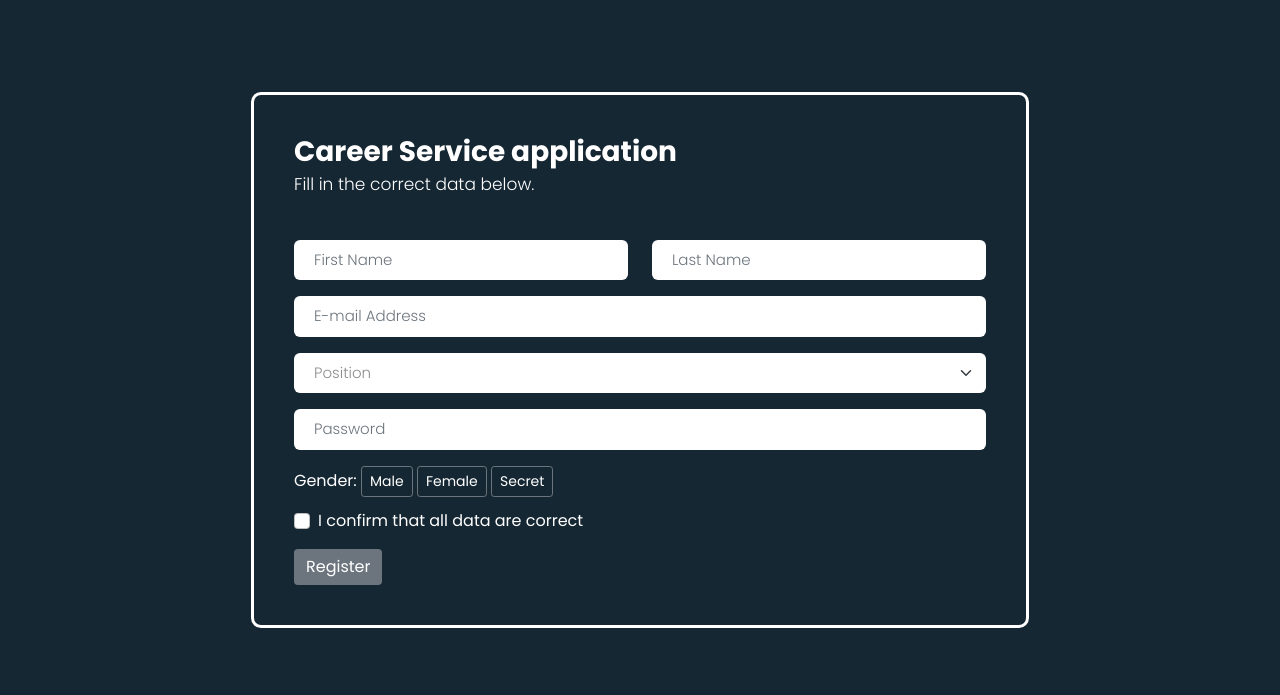
Repository: Samkiroko/form-assignment
Page: index.html
These files come from the project's save history. The page is drawn as it stood at one moment and after the next save; the edit follows.
The browser window is 1280 px wide. The pictures show the whole page.

Above is the page before, as saved 2022-12-03 18:34:58.

### index.html
<!DOCTYPE html>
<html lang="en" >
<head>
  <meta charset="UTF-8">
  <title>Career Service application</title>
  <link rel='stylesheet' href='https://cdn.jsdelivr.net/npm/bootstrap@5.0.0-beta2/dist/css/bootstrap.min.css'><link rel="stylesheet" href="./style.css">

</head>
<body>
<!-- partial:index.partial.html -->
<div class="form-body">
        <div class="row">
            <div class="form-holder">
                <div class="form-content">
                    <div class="form-items">
                        <h3>Career Service application</h3>
                        <p>Fill in the correct data below.</p>
                        <form class="requires-validation" novalidate>
                            <div class="row">
                                 <div class="col-6">
                               <input class="form-control" type="text" name="name" placeholder="First Name" required>
                               <div class="valid-feedback">First Name field is valid!</div>
                               <div class="invalid-feedback">First Name field cannot be blank!</div>
                            </div>
                            <div class="col-6">
                               <input class="form-control" type="text" name="name" placeholder="Last Name" required>
                               <div class="valid-feedback">Last Name field is valid!</div>
                               <div class="invalid-feedback">Last Name field cannot be blank!</div>
                            </div>
                            </div>
                            <div class="col-md-12">
                                <input class="form-control" type="email" name="email" placeholder="E-mail Address" required>
                                 <div class="valid-feedback">Email field is valid!</div>
                                 <div class="invalid-feedback">Email field cannot be blank!</div>
                            </div>

                           <div class="col-md-12">
                                <select class="form-select mt-3" required>
                                      <option selected disabled value="">Position</option>
                                      <option value="jweb">Junior Web Developer</option>
                                      <option value="sweb">Senior Web Developer</option>
                                      <option value="pmanager">Project Manager</option>
                                      <option value="pmanager">System Design</option>
                               </select>
                                <div class="valid-feedback">You selected a position!</div>
                                <div class="invalid-feedback">Please select a position!</div>
                           </div>


                           <div class="col-md-12">
                              <input class="form-control" type="password" name="password" placeholder="Password" required>
                               <div class="valid-feedback">Password field is valid!</div>
                               <div class="invalid-feedback">Password field cannot be blank!</div>
                           </div>


                           <div class="col-md-12 mt-3">
                            <label class="mb-3 mr-1" for="gender">Gender: </label>

                            <input type="radio" class="btn-check" name="gender" id="male" autocomplete="off" required>
                            <label class="btn btn-sm btn-outline-secondary" for="male">Male</label>

                            <input type="radio" class="btn-check" name="gender" id="female" autocomplete="off" required>
                            <label class="btn btn-sm btn-outline-secondary" for="female">Female</label>

                            <input type="radio" class="btn-check" name="gender" id="secret" autocomplete="off" required>
                            <label class="btn btn-sm btn-outline-secondary" for="secret">Secret</label>
                               <div class="valid-feedback mv-up">You selected a gender!</div>
                                <div class="invalid-feedback mv-up">Please select a gender!</div>
                            </div>

                        <div class="form-check">
                          <input class="form-check-input" type="checkbox" value="" id="invalidCheck" required>
                          <label class="form-check-label">I confirm that all data are correct</label>
                         <div class="invalid-feedback">Please confirm that the entered data are all correct!</div>
                        </div>


                            <div class="form-button mt-3">
                                <button id="submit" type="submit" class="btn btn-primary">Register</button>
                            </div>
                        </form>
                    </div>
                </div>
            </div>
        </div>
    </div>
<!-- partial -->
  <script  src="./script.js"></script>

</body>
</html>

### style.css
@import url('https://fonts.googleapis.com/css2?family=Poppins:wght@300;400;500;700;900&display=swap');

*,
body {
  font-family: 'Poppins', sans-serif;
  font-weight: 400;
  -webkit-font-smoothing: antialiased;
  text-rendering: optimizeLegibility;
  -moz-osx-font-smoothing: grayscale;
}

html,
body {
  height: 100%;
  background-color: #152733;
  overflow: hidden;
}

.form-holder {
  display: flex;
  flex-direction: column;
  justify-content: center;
  align-items: center;
  text-align: center;
  min-height: 100vh;
}

.form-holder .form-content {
  position: relative;
  text-align: center;
  display: -webkit-box;
  display: -moz-box;
  display: -ms-flexbox;
  display: -webkit-flex;
  display: flex;
  -webkit-justify-content: center;
  justify-content: center;
  -webkit-align-items: center;
  align-items: center;
  padding: 60px;
}

.form-content .form-items {
  border: 3px solid #fff;
  padding: 40px;
  display: inline-block;
  width: 100%;
  min-width: 540px;
  -webkit-border-radius: 10px;
  -moz-border-radius: 10px;
  border-radius: 10px;
  text-align: left;
  -webkit-transition: all 0.4s ease;
  transition: all 0.4s ease;
}

.form-content h3 {
  color: #fff;
  text-align: left;
  font-size: 28px;
  font-weight: 600;
  margin-bottom: 5px;
}

.form-content h3.form-title {
  margin-bottom: 30px;
}

.form-content p {
  color: #fff;
  text-align: left;
  font-size: 17px;
  font-weight: 300;
  line-height: 20px;
  margin-bottom: 30px;
}

.form-content label,
.was-validated .form-check-input:invalid ~ .form-check-label,
.was-validated .form-check-input:valid ~ .form-check-label {
  color: #fff;
}

.form-content input[type='text'],
.form-content input[type='password'],
.form-content input[type='email'],
.form-content select {
  width: 100%;
  padding: 9px 20px;
  text-align: left;
  border: 0;
  outline: 0;
  border-radius: 6px;
  background-color: #fff;
  font-size: 15px;
  font-weight: 300;
  color: #8d8d8d;
  -webkit-transition: all 0.3s ease;
  transition: all 0.3s ease;
  margin-top: 16px;
}

.btn-primary {
  background-color: #6c757d;
  outline: none;
  border: 0px;
  box-shadow: none;
}

.btn-primary:hover,
.btn-primary:focus,
.btn-primary:active {
  background-color: #495056;
  outline: none !important;
  border: none !important;
  box-shadow: none;
}

.form-content textarea {
  position: static !important;
  width: 100%;
  padding: 8px 20px;
  border-radius: 6px;
  text-align: left;
  background-color: #fff;
  border: 0;
  font-size: 15px;
  font-weight: 300;
  color: #8d8d8d;
  outline: none;
  resize: none;
  height: 120px;
  -webkit-transition: none;
  transition: none;
  margin-bottom: 14px;
}

.form-content textarea:hover,
.form-content textarea:focus {
  border: 0;
  background-color: #ebeff8;
  color: #8d8d8d;
}

.mv-up {
  margin-top: -9px !important;
  margin-bottom: 8px !important;
}

.invalid-feedback {
  color: #ff606e;
}

.valid-feedback {
  color: #2acc80;
}

### script.js
(function () {
'use strict'
const forms = document.querySelectorAll('.requires-validation')
Array.from(forms)
  .forEach(function (form) {
    form.addEventListener('submit', function (event) {
      if (!form.checkValidity()) {
        event.preventDefault()
        event.stopPropagation()
      }

      form.classList.add('was-validated')
    }, false)
  })
})()

After the next save:
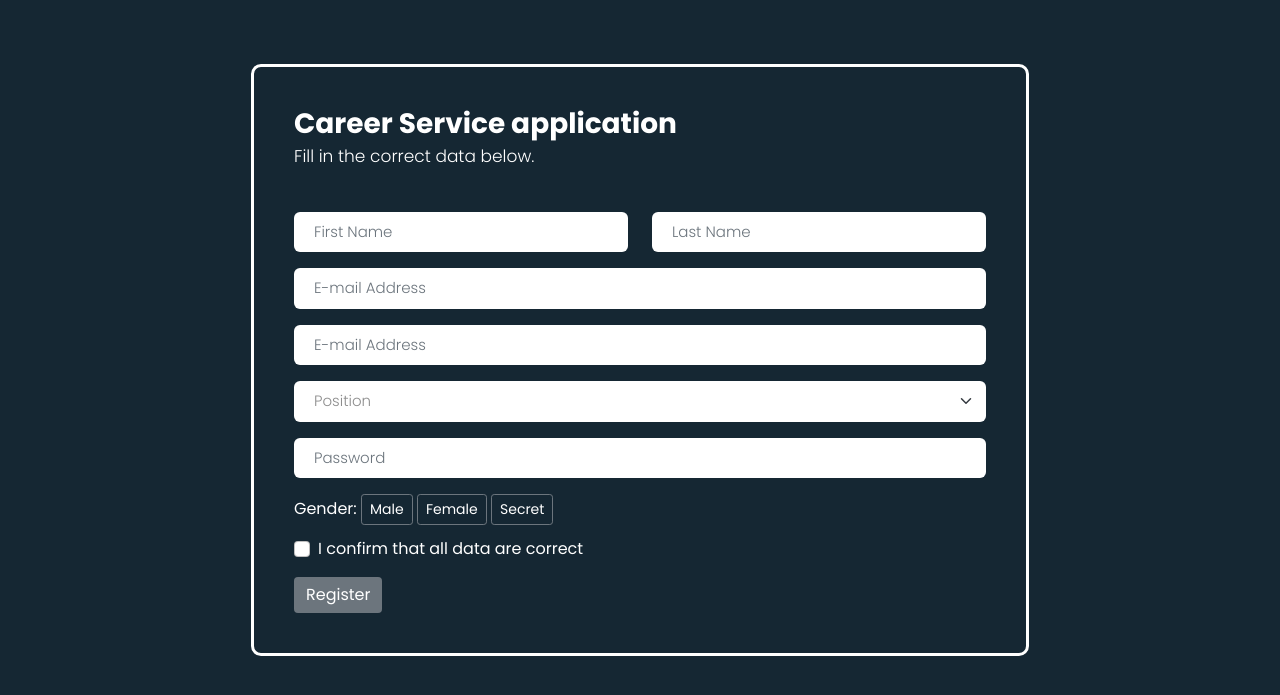
Saved 3 min 5 s later.
--- a/index.html
+++ b/index.html
@@ -28,11 +28,17 @@
                                <div class="invalid-feedback">Last Name field cannot be blank!</div>
                             </div>
                             </div>
-                            <div class="col-md-12">
+                            <div class="row"><div class="col-md-12">
                                 <input class="form-control" type="email" name="email" placeholder="E-mail Address" required>
                                  <div class="valid-feedback">Email field is valid!</div>
                                  <div class="invalid-feedback">Email field cannot be blank!</div>
                             </div>
+                             <div class="col-md-12">
+                                <input class="form-control" type="email" name="email" placeholder="E-mail Address" required>
+                                 <div class="valid-feedback">Email field is valid!</div>
+                                 <div class="invalid-feedback">Email field cannot be blank!</div>
+                            </div></div>
+
 
                            <div class="col-md-12">
                                 <select class="form-select mt-3" required>

After the save that followed:
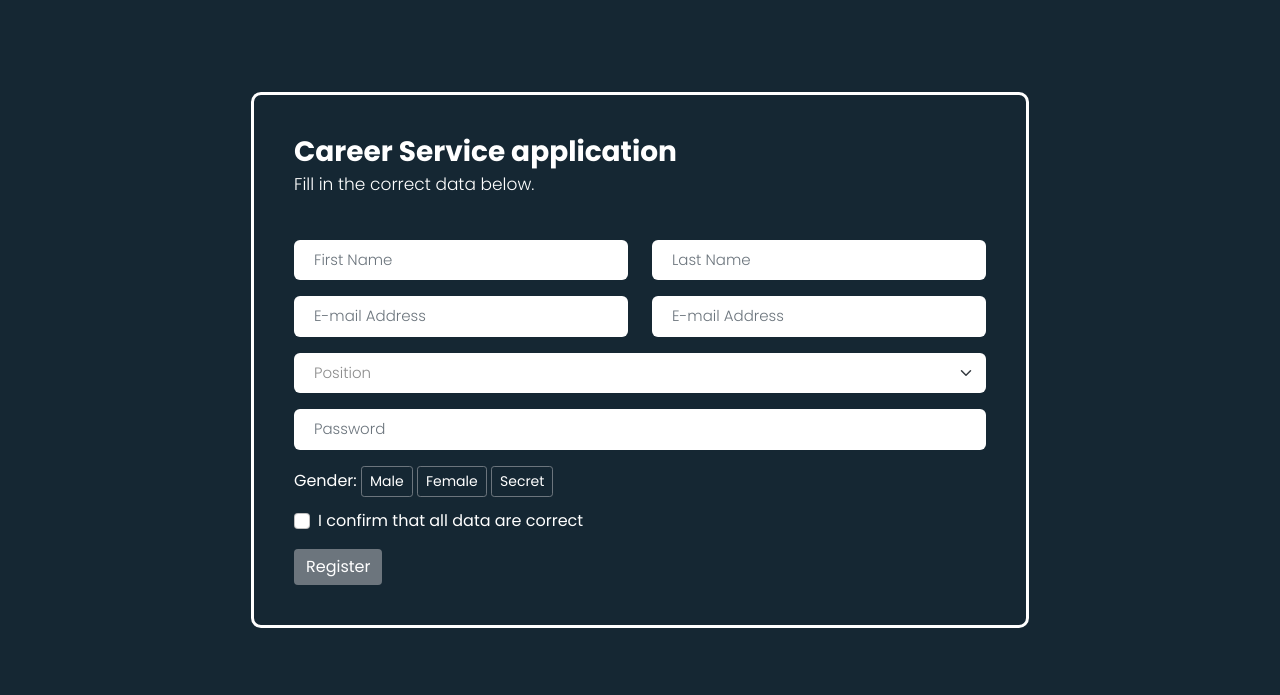
Saved 17 s later.
--- a/index.html
+++ b/index.html
@@ -28,12 +28,13 @@
                                <div class="invalid-feedback">Last Name field cannot be blank!</div>
                             </div>
                             </div>
-                            <div class="row"><div class="col-md-12">
+                            <div class="row">
+                                <div class="col-md-6">
                                 <input class="form-control" type="email" name="email" placeholder="E-mail Address" required>
                                  <div class="valid-feedback">Email field is valid!</div>
                                  <div class="invalid-feedback">Email field cannot be blank!</div>
                             </div>
-                             <div class="col-md-12">
+                             <div class="col-md-6">
                                 <input class="form-control" type="email" name="email" placeholder="E-mail Address" required>
                                  <div class="valid-feedback">Email field is valid!</div>
                                  <div class="invalid-feedback">Email field cannot be blank!</div>
